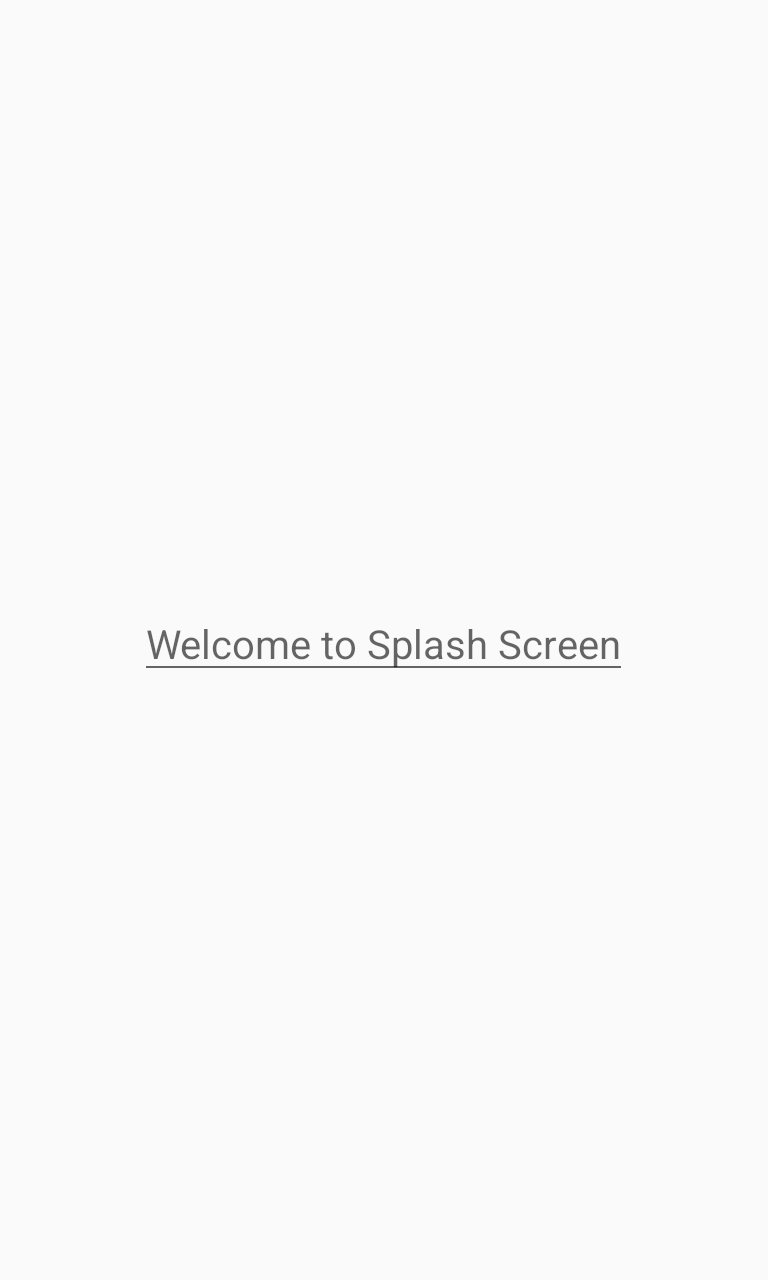
Repository: AlvaroCortez/Assigment1
Layout: SplashScreen/res/layout/activity_main.xml
An editor plug-in stored every save of this project. The layout is shown before and after the next save, followed by the edit.
It is drawn on a 768 x 1280 px phone screen (xhdpi) without system bars, with theme AppTheme; the app's code is not run.

Above is the layout before, as saved 2014-04-27 16:48:54.

### SplashScreen/res/layout/activity_main.xml
<LinearLayout xmlns:android="http://schemas.android.com/apk/res/android"
    xmlns:tools="http://schemas.android.com/tools"
    android:layout_width="match_parent"
    android:layout_height="match_parent"
    android:gravity="center"
    android:orientation="horizontal" >

    <ImageView
        android:layout_width="center"
        android:layout_height="center"
        android:src="@drawable/splash"
        android:contentDescription="@string/app_name"/>

    <EditText
        android:id="@+id/splash_message"
        android:layout_width="wrap_content"
        android:layout_height="wrap_content"
        android:hint="@string/splash_message"
        android:textSize="20sp"/>


</LinearLayout>

### SplashScreen/res/values/strings.xml
<?xml version="1.0" encoding="utf-8"?>
<resources>
    <string name="app_name">SplashScreen</string>
    <string name="hello_world">Hello world!</string>
    <string name="menu_settings">Settings</string>
    <string name="title_activity_main">MainActivity</string>
    <string name="action_settings">MainActivity</string>
    <string name="title_activity_demo">Splash Screen</string>
    <string name="splash_message">Welcome to Splash Screen</string>
    <string name="demo_message">This is the Second Activity</string>
</resources>

Loaded but not shown: SplashScreen/res/values/styles.xml (common file); SplashScreen/res/values-v11/styles.xml (common file); SplashScreen/res/values-v14/styles.xml (common file)

After the next save:
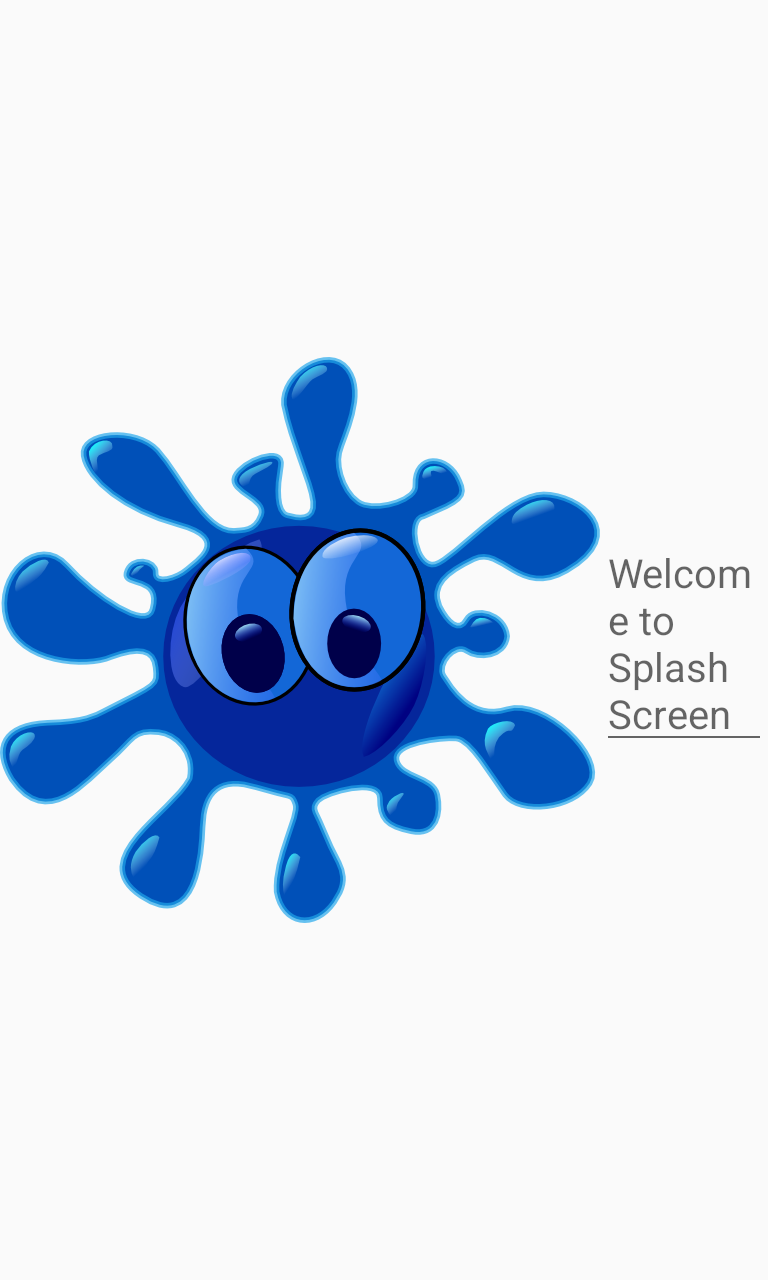
Saved 9 s later.
--- a/SplashScreen/res/layout/activity_main.xml
+++ b/SplashScreen/res/layout/activity_main.xml
@@ -6,8 +6,8 @@
     android:orientation="horizontal" >
 
     <ImageView
-        android:layout_width="center"
-        android:layout_height="center"
+        android:layout_width="wrap_content"
+        android:layout_height="wrap_content"
         android:src="@drawable/splash"
         android:contentDescription="@string/app_name"/>
 
